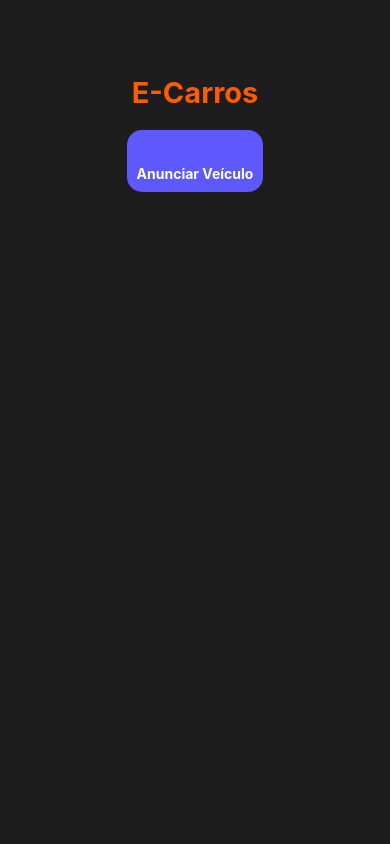
Repository: Matheus904-12/OpenAI---1
Screen: / (app in E-CARROS/)
These files come from the project's save history. The screen is drawn as it stood at one moment and after a run of saves; the edit follows.
The app was drawn by React Native's web renderer in a window 390 px wide. The project was rebuilt for these pictures with package versions that can differ from the ones it lists, and the page was loaded fresh each time.

Above is the screen before, as saved 2024-04-24 20:51:49.

After the next 3 saves:
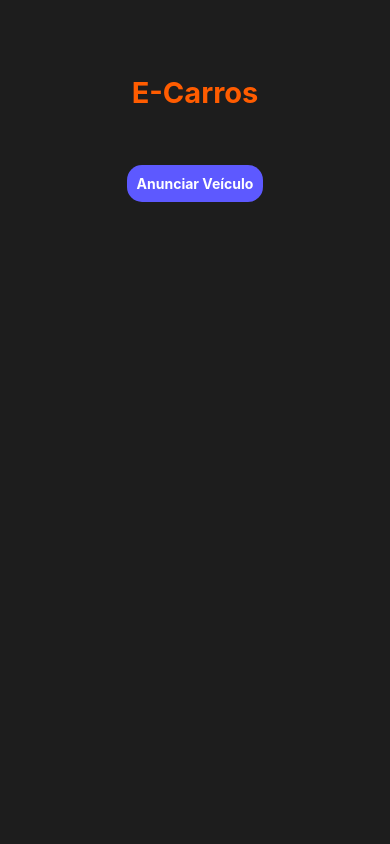
The 3 saves are shown as one change because they came seconds apart.
The last was saved 17 s later.
--- a/E-CARROS/App.tsx
+++ b/E-CARROS/App.tsx
@@ -179,7 +179,7 @@ const styles = StyleSheet.create({
     padding: 10,
     borderRadius: 15,
     marginBottom: 20,
-    paddingTop: 35,
+    marginTop: 35,
   },
   addButtonText: {
     color: 'white',
